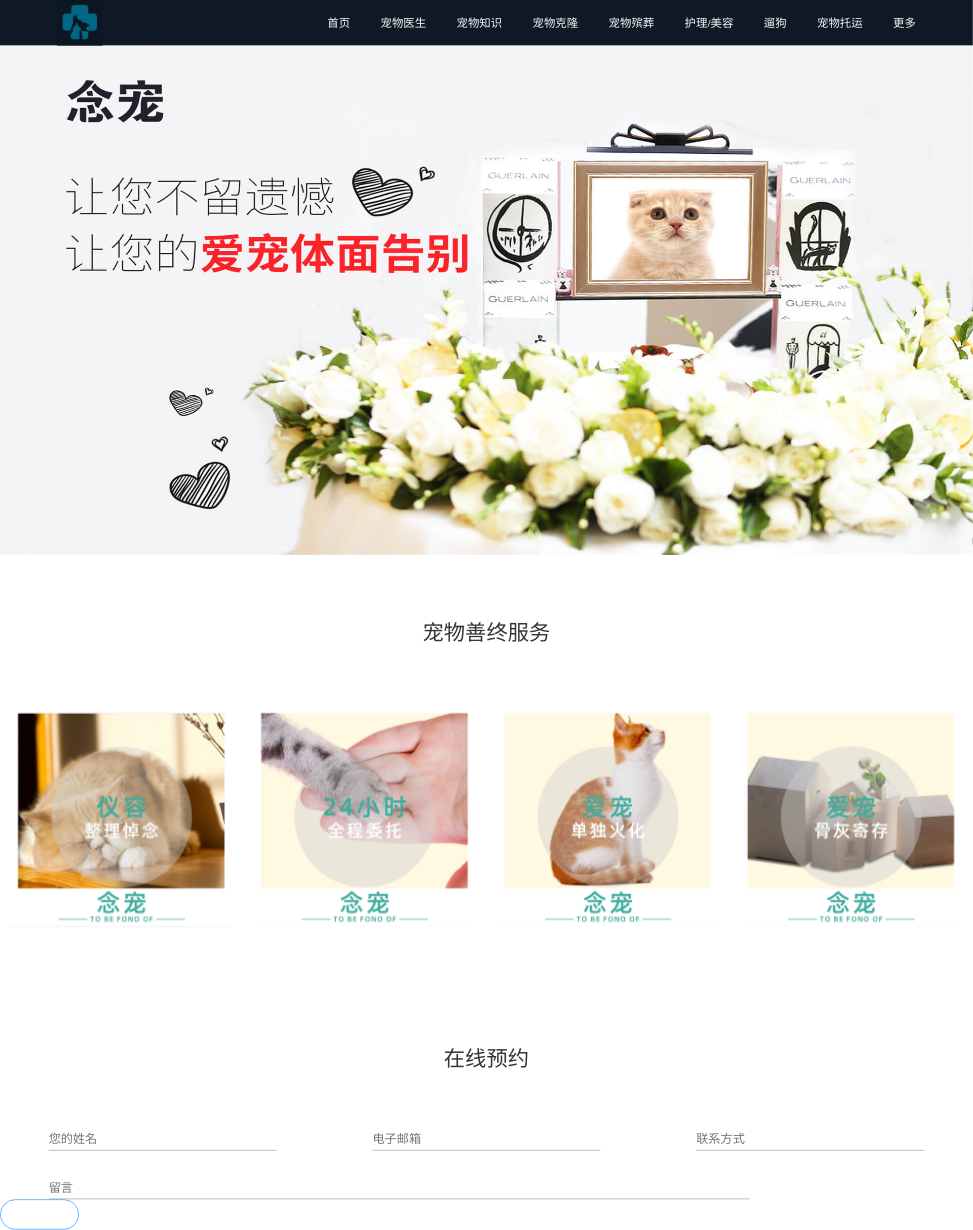
Repository: Sharang-heng/pet-hospital
Page: /petFuneral
An editor plug-in stored every save of this project. The page is shown before and after the next save, followed by the edit.
The browser window is 1280 px wide. The pictures show the whole page, at 76% of full size.
The project was rebuilt for these pictures with package versions that can differ from the ones it lists, and the page was loaded fresh each time. Also part of the build but not shown: vue.config.js, src/components/home_short.vue, src/views/HomePage.vue, src/components/footer.vue, src/views/counsel.vue, src/views/doctor.vue, src/views/knowledge.vue, src/views/clone.vue and 10 more. Imported but missing from the stored project, and not drawn on this page: src/assets/video/homepage.mp4.

Above is the page before, as saved 2021-01-13 14:07:36.

After the next save:
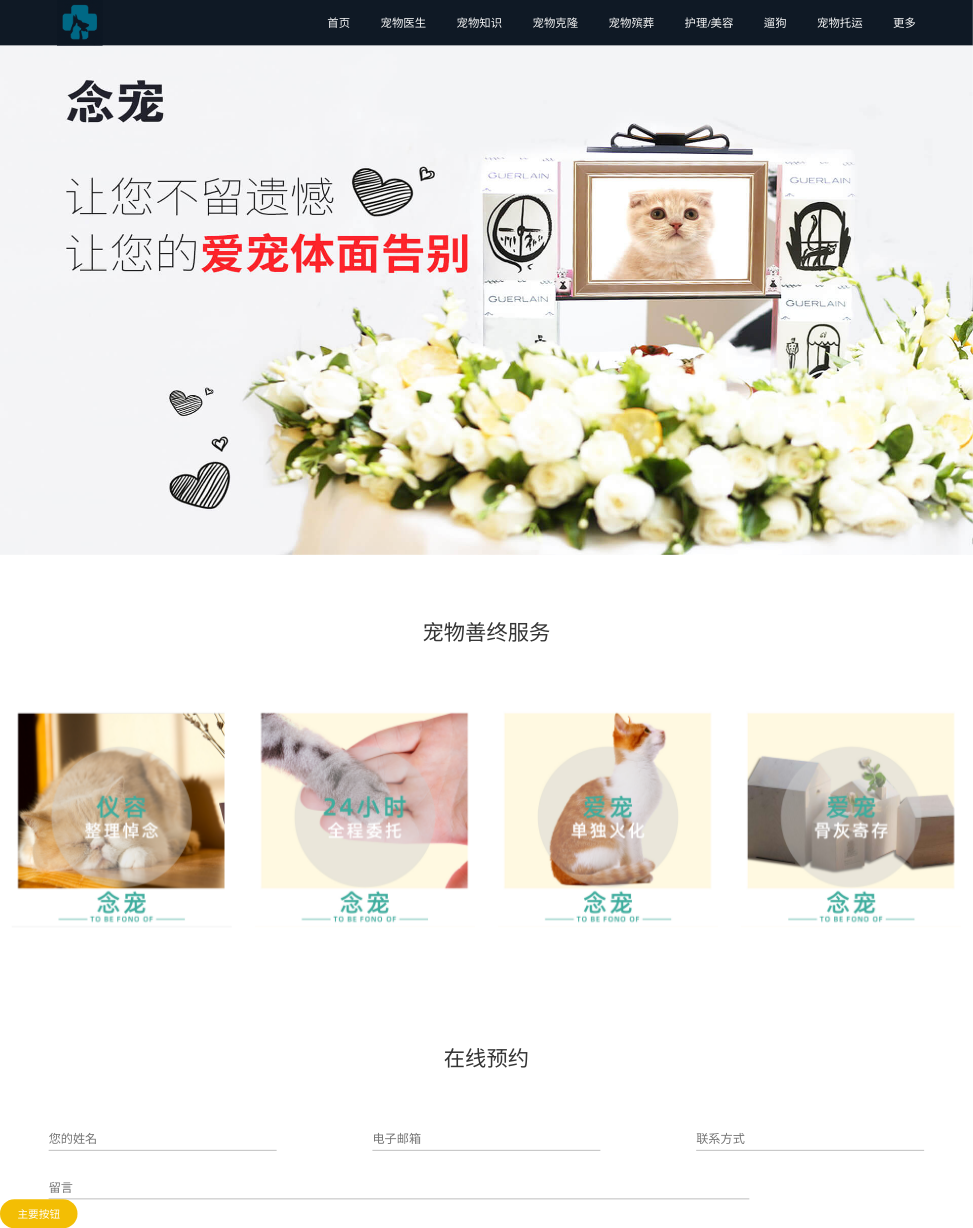
Saved 34 s later.
--- a/src/views/petFuneral.vue
+++ b/src/views/petFuneral.vue
@@ -149,7 +149,8 @@
       }
     }
     .button {
-      background-color: #fff;;
+      background-color: #F3BE04;
+      border: #F3BE04;
     }
   }
 }
